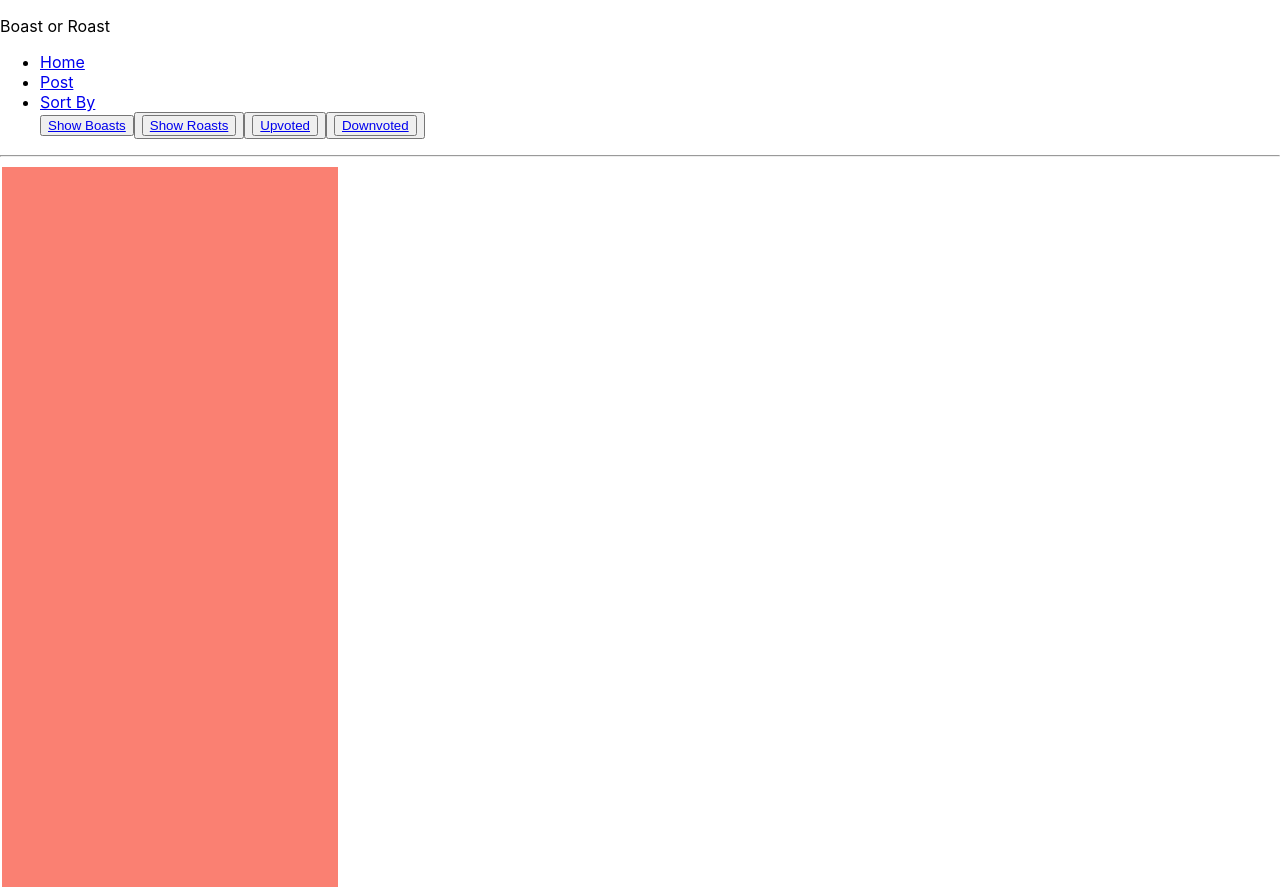
Repository: Imraj423/GhostPost_front-end
Page: /
The author's editor kept a copy of each file at every save. The page is drawn from the files as they stood at one save, then again after the next save.
The browser window is 1280 px wide. The pictures show the whole page.
The page's requests for data from a server got no answer. The project was rebuilt for these pictures with package versions that can differ from the ones it lists, and the page was loaded fresh each time. No one was signed in, and anything a server would have sent is missing. Also part of the build but not shown: src/components/CreatePost/post.js, src/components/Form/form.js.

Above is the page before, as saved 2020-04-03 10:21:38.

After the next save:
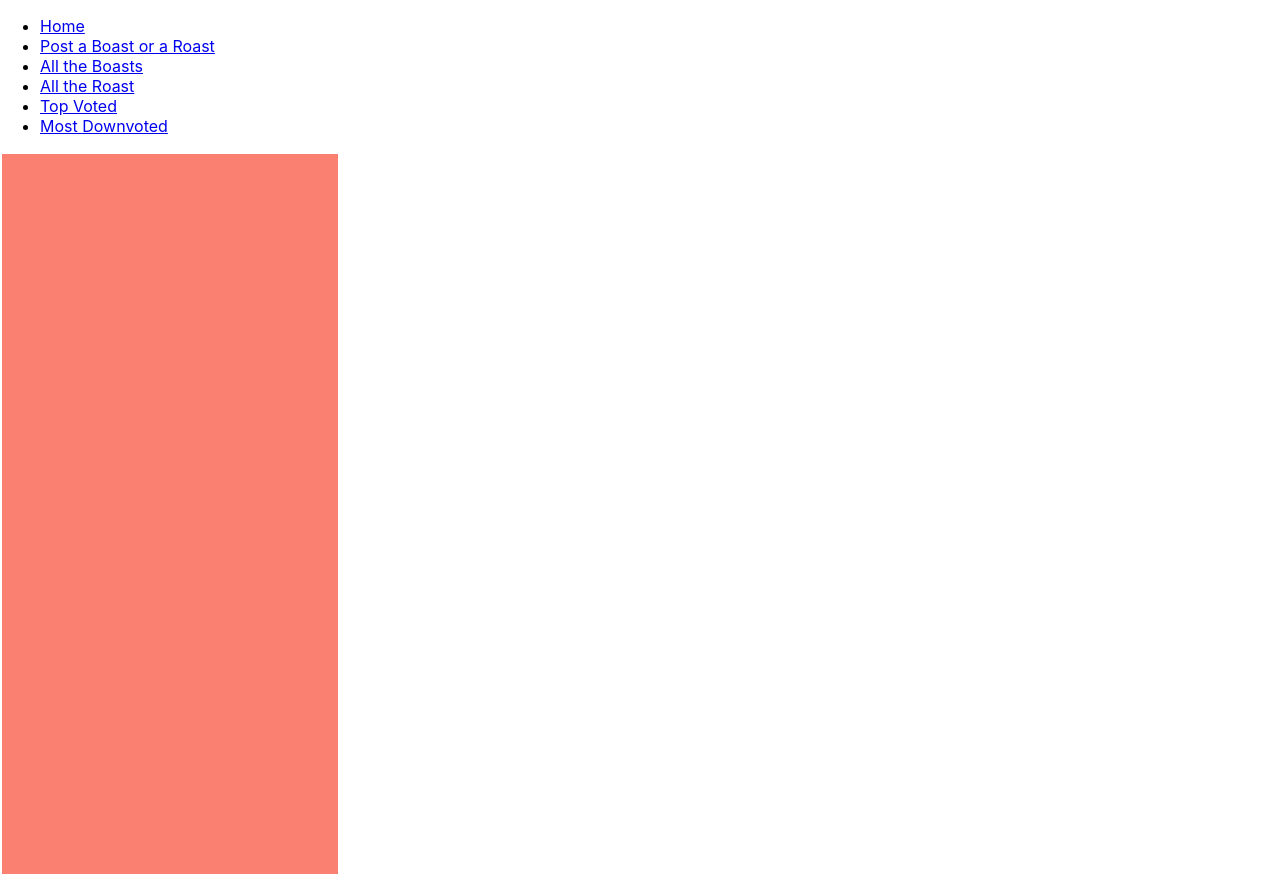
Saved 58 s later.
--- a/src/components/NavBar/nav.js
+++ b/src/components/NavBar/nav.js
@@ -1,90 +1,29 @@
-// import React from "react";
+import React from "react";
 
-// export default function NavPage() {
+export default function Navi() {
 
-//     return (
-//       <div>
-//         <ul>
-//           <li>
-//             <a href="/">Home</a>
-//           </li>
-//           <li>
-//             <a href="/form">Post a Boast or a Roast</a>
-//           </li>
-//           <li>
-//             <a href="/boasts">All the Boasts</a>
-//           </li>
-//           <li>
-//             <a href="/roasts">All the Roast</a>
-//           </li>
-//           <li>
-//             <a href="/upvotes">Top Voted</a>
-//           </li>
-//           <li>
-//             <a href="/downvotes">Most Downvoted</a>
-//           </li>
-//         </ul>
-//       </div>
-//     );
-//   }
-
-
-import React, { useState } from "react";
-import {
-  Nav,
-  NavItem,
-  NavLink,
-  Dropdown,
-  DropdownItem,
-  dropdownOpen,
-  DropdownToggle,
-  DropdownMenu
-} from "reactstrap";
-
-const Navi = props => {
-  const [dropdownOpen, setDropdownOpen] = useState(false);
-
-  const toggle = () => setDropdownOpen(prevState => !prevState);
-  return (
-    <div>
-      <p>Boast or Roast</p>
-      <Nav>
-        <NavItem>
-          <NavLink href="/">Home</NavLink>
-        </NavItem>
-        <NavItem>
-          <NavLink href="forms">Post</NavLink>
-        </NavItem>
-        <Dropdown nav isOpen={dropdownOpen} toggle={toggle}>
-          <DropdownToggle nav caret>
-            Sort By
-          </DropdownToggle>
-          <DropdownMenu>
-
-              <DropdownToggle>
-                <NavLink href="/boasts">Show Boasts</NavLink>
-              </DropdownToggle>
-            <DropdownItem>
-              <DropdownToggle>
-                <NavLink href="/roasts">Show Roasts</NavLink>
-              </DropdownToggle>
-            </DropdownItem>
-            <DropdownItem>
-              <DropdownToggle>
-                <NavLink href="/upvotes">Upvoted</NavLink>
-              </DropdownToggle>
-            </DropdownItem>
-            <DropdownItem>
-              <DropdownToggle>
-                <NavLink href="/downvotes">Downvoted</NavLink>
-              </DropdownToggle>
-            </DropdownItem>
-          </DropdownMenu>
-        </Dropdown>
-      </Nav>
-      <hr />
-    </div>
-  );
-};
-
-export default Navi;
+    return (
+      <div>
+        <ul>
+          <li>
+            <a href="/">Home</a>
+          </li>
+          <li>
+            <a href="/form">Post a Boast or a Roast</a>
+          </li>
+          <li>
+            <a href="/boasts">All the Boasts</a>
+          </li>
+          <li>
+            <a href="/roasts">All the Roast</a>
+          </li>
+          <li>
+            <a href="/upvotes">Top Voted</a>
+          </li>
+          <li>
+            <a href="/downvotes">Most Downvoted</a>
+          </li>
+        </ul>
+      </div>
+    );
+  }
